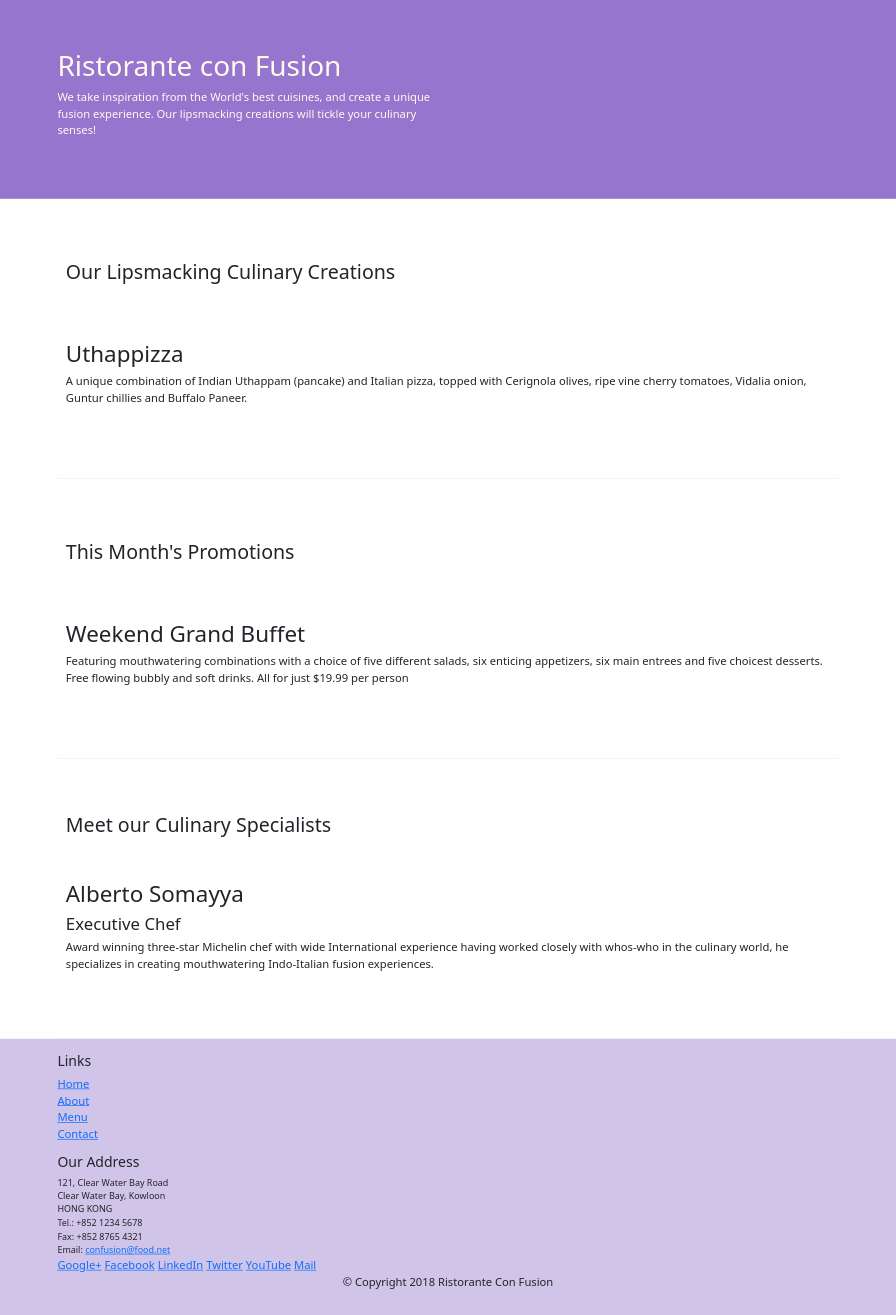
Repository: devjeremyjake/confusion
Page: index.html
An editor plug-in stored every save of this project. The page is shown before and after a run of saves, followed by the edit.
The browser window is 1280 px wide. The pictures show the whole page, at 70% of full size.
Some web libraries are served in a nearby version.

Above is the page before, as saved 2020-01-30 15:52:27.

After the next 2 saves:
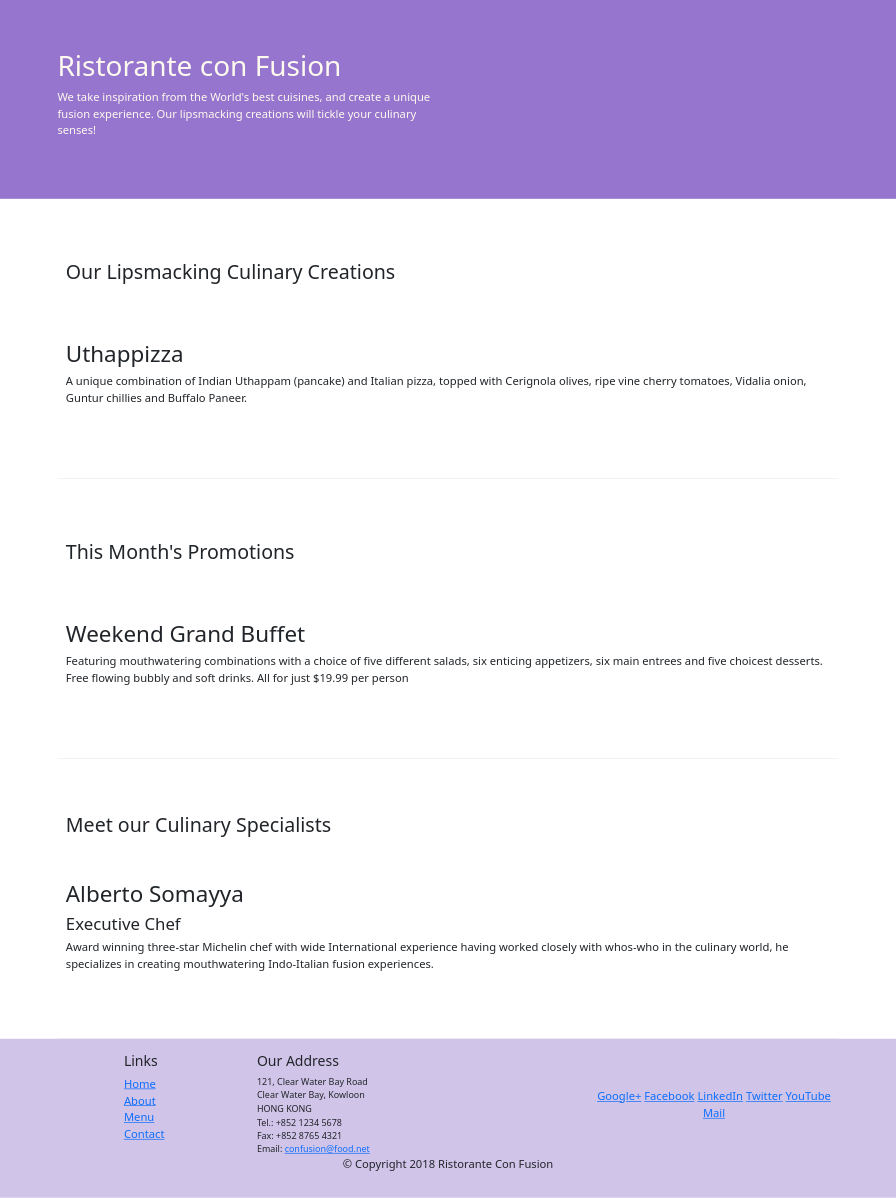
The 2 saves are shown as one change because they came seconds apart.
The last was saved 7 s later.
--- a/index.html
+++ b/index.html
@@ -59,9 +59,9 @@
     </div>
 
     <footer class="footer">
-        <div class=" container">
-            <div>
-                <div>
+        <div class="container">
+            <div class="row">
+                <div class="col-4 offset-1 col-sm-2">
                     <h5>Links</h5>
                     <ul class="list-unstyled">
                         <li><a href="#">Home</a></li>
@@ -70,7 +70,7 @@
                         <li><a href="#">Contact</a></li>
                     </ul>
                 </div>
-                <div>
+                <div class="col-7 col-sm-5">
                     <h5>Our Address</h5>
                     <address>
 		              121, Clear Water Bay Road<br>
@@ -82,7 +82,7 @@
 		           </address>
                 </div>
                 <div class="col-12 col-sm-4 align-self-center">
-                    <div class=>
+                    <div class="text-center">
                         <a href="http://google.com/+">Google+</a>
                         <a href="http://www.facebook.com/profile.php?id=">Facebook</a>
                         <a href="http://www.linkedin.com/in/">LinkedIn</a>
